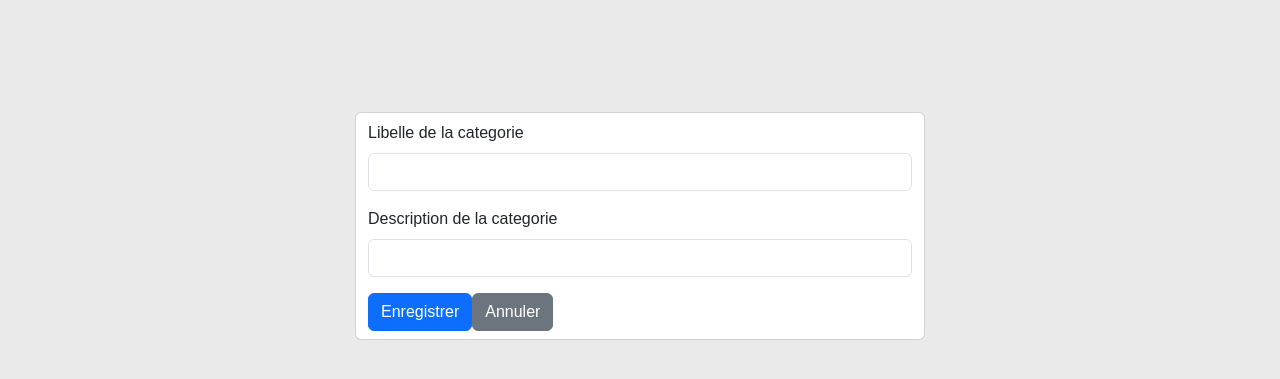
Repository: abdoulkarim20/model-gestion-produit-java-react
Page: /create-categorie
The author's editor kept a copy of each file at every save. The page is drawn from the files as they stood at one save, then again after a run of saves.
The browser window is 1280 px wide. The pictures show the whole page.
The project was rebuilt for these pictures with package versions that can differ from the ones it lists, and the page was loaded fresh each time. Also part of the build but not shown: vite.config.ts, src/components/categories/CategorieTable.tsx.

Above is the page before, as saved 2024-07-20 03:08:25.

After the next 2 saves:
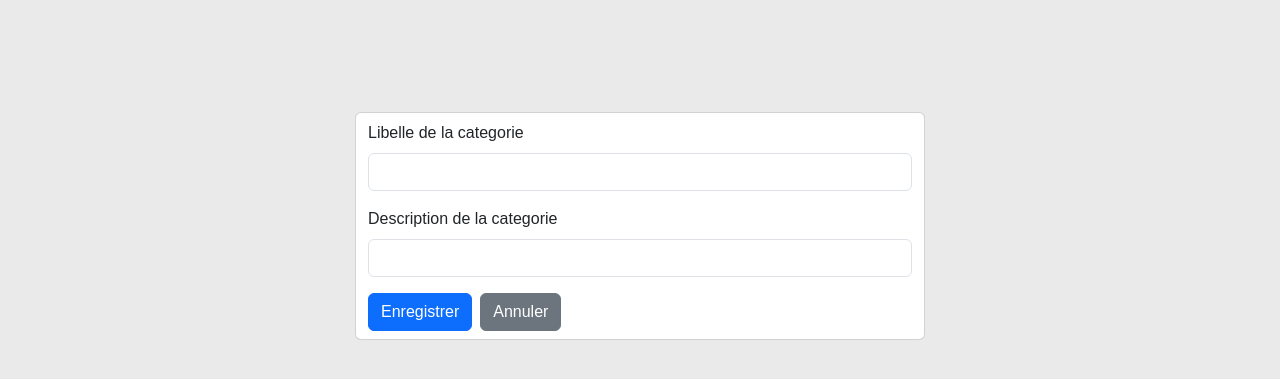
The 2 saves are shown as one change because they came seconds apart.
The last was saved 11 s later.
--- a/src/components/categories/CategorieForm.tsx
+++ b/src/components/categories/CategorieForm.tsx
@@ -42,7 +42,7 @@ export default function CategorieForm() {
                                 <input type="password" className="form-control" id="exampleInputPassword1" />
                             </div>
                             <button type="submit" className="btn btn-primary">Enregistrer</button>
-                            <button type="reset" className="btn btn-secondary ml-2">Annuler</button>
+                            <button type="reset" className="btn btn-secondary mx-2">Annuler</button>
                         </form>
                     </div>
                 </div>
